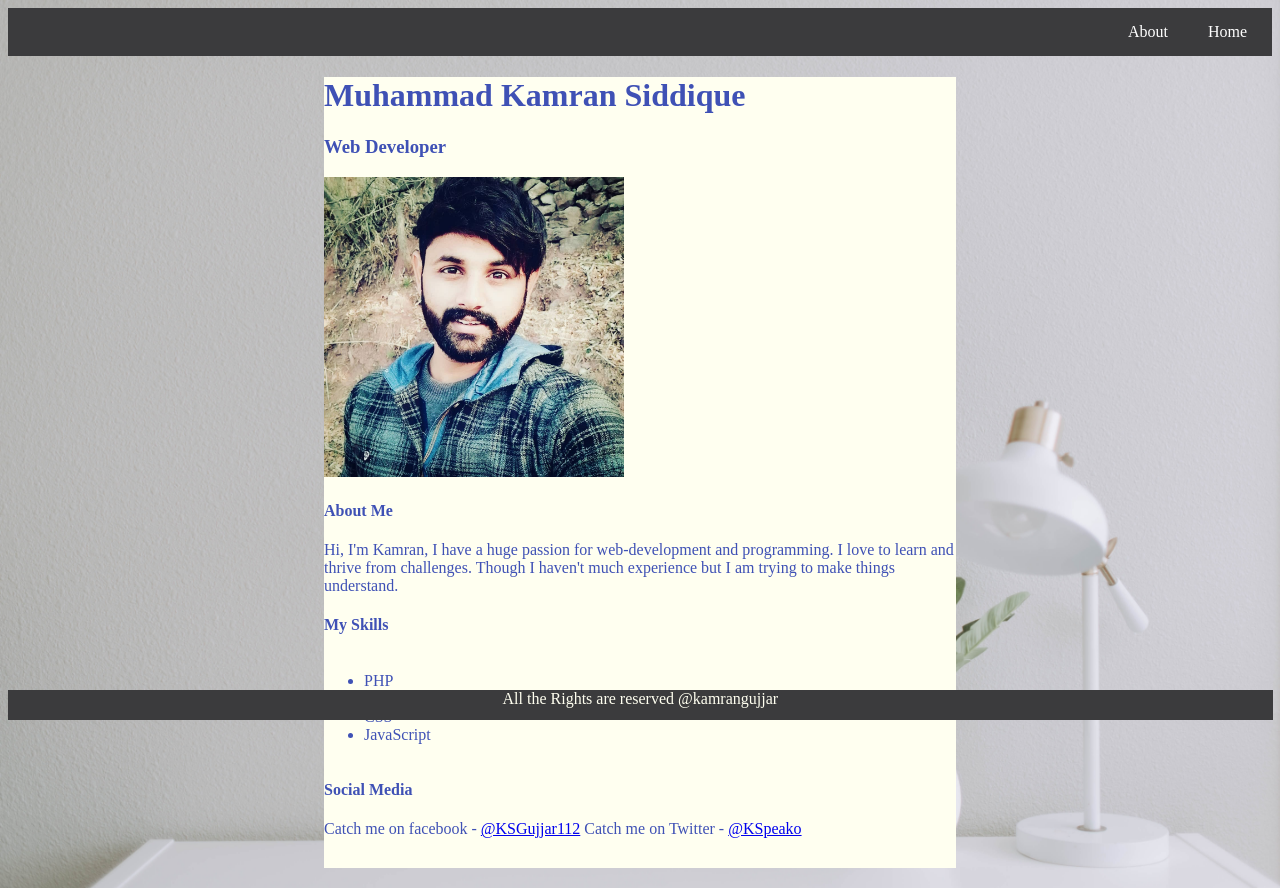
Repository: Kamrangujjar85112/Length-Converter
Page: html/about.html
These files come from the project's save history. The page is drawn as it stood at one moment and after the next save; the edit follows.
The browser window is 1280 px wide. The pictures show the whole page.
Backgrounds fixed to the window are drawn as part of the page.

Above is the page before, as saved 2022-01-21 11:34:08.
Console error: TypeError: Cannot read properties of null (reading 'addEventListener')

After the next save:
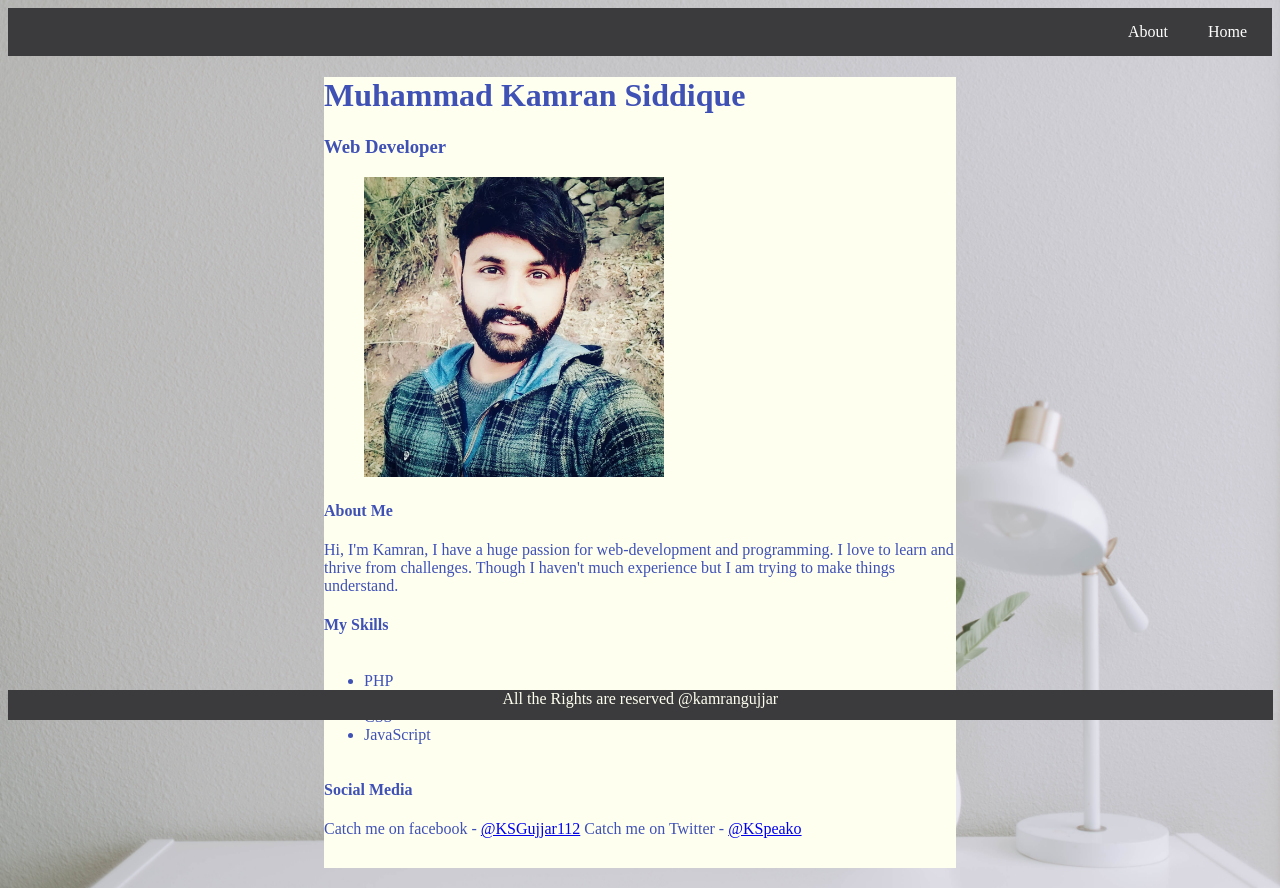
Saved 12 s later.
--- a/css/style.css
+++ b/css/style.css
@@ -23,7 +23,7 @@
 img {
   width: 300px;
   height: 300px;
-  padding-right: 40px;
+  padding-left: 40px;
 }
 .header{
     top: 0;
